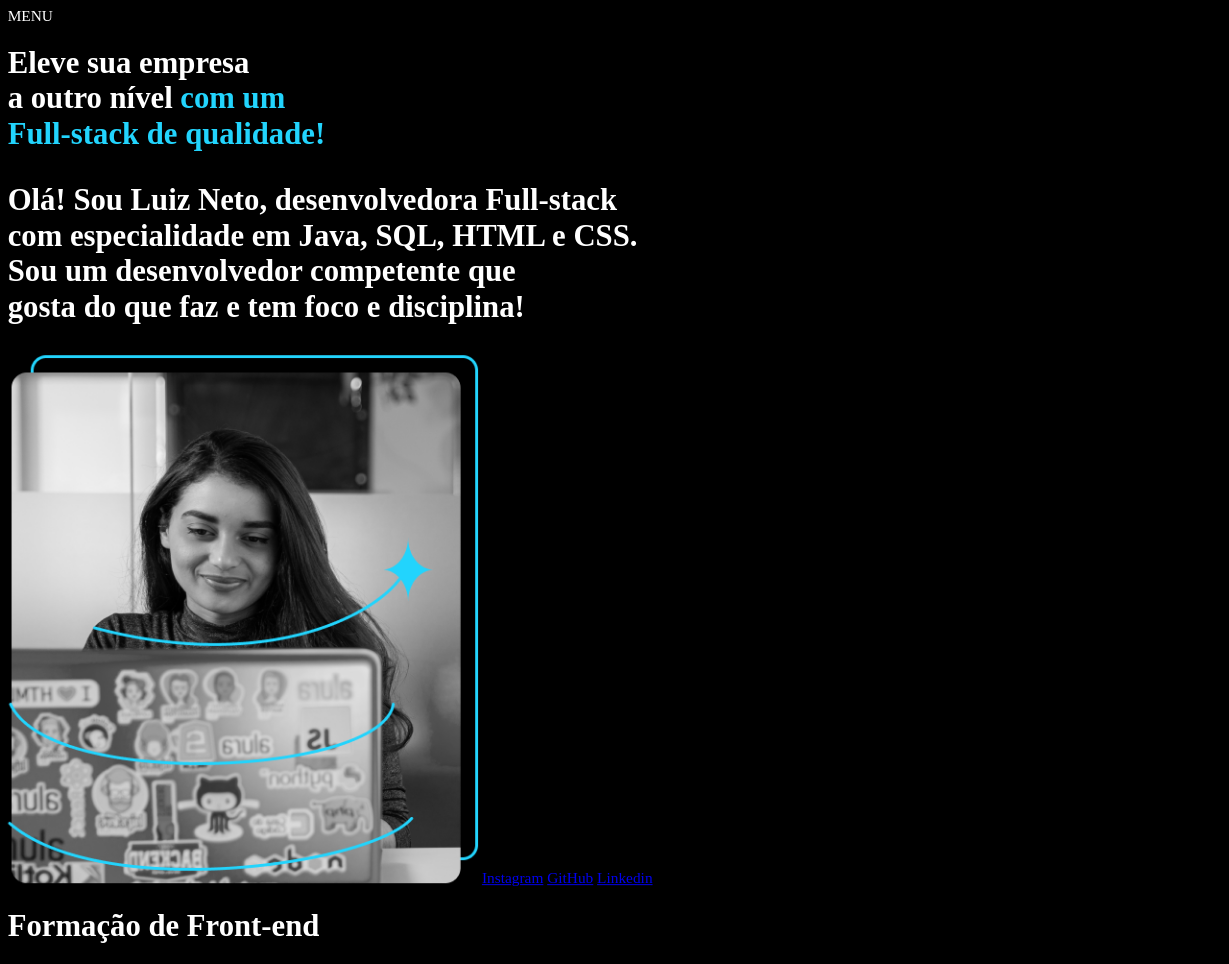
Repository: luiz123098/Sobre-mim-em-HTM-CSS
Page: htmlcss.html
These files come from the project's save history. The page is drawn as it stood at one moment and after the next save; the edit follows.
The browser window is 1280 px wide. The pictures show the whole page, at 96% of full size.

Above is the page before, as saved 2023-03-08 13:39:30.

### htmlcss.html
</html>
<!DOCTYPE html>
<html lang="pt-br">
<head>
    <meta charset="UTF-8">
    <meta http-equiv="X-UA-Compatible" content="IE=edge">
    <meta name="viewport" content="width=device-width, initial-scale=1.0">
    <title>Projeto Estudos</title>
    <link rel="stylesheet" href="style.Css">
</head>
<body>
    <header>MENU</header>
    <main>
        <h1 >
            Eleve sua empresa<br>
            a outro nível
            <strong
            class="texto_em_destaque">
            com um<br>Full-stack de qualidade!
            </strong>

            <p>
            Olá! Sou Luiz Neto, desenvolvedora Full-stack<br>
            com especialidade em Java, SQL, HTML e CSS.<br>
            Sou um desenvolvedor competente que<br>
            gosta do que faz e tem foco e disciplina!
            </p>

        </h1>
        <img src="Imagem.png" alt="Não foi possivel encontrar a imagem">

        <a href="https://www.instagram.com/luiz.alencar2/">
            Instagram</a>
        <a href="https://github.com/luiz123098">
            GitHub</a>
        <a href="https://www.linkedin.com/in/luiz-neto-alencar-b843651a9/">
            Linkedin</a>

            <h1>Formação de <span>Front-end</span></h1>

    </main>
    <footer>

    </footer>
</body>

### style.Css
body{
    background-color: black;
    color: white;
}

.texto_em_destaque{
    color: #22D4FD;
}

.texto_editado{
    font-weight: bold;
}

.formacao{
    color: #22D4FD;
    border: 1px solid #22D4FD;
    padding: 10px;
}

After the next save:
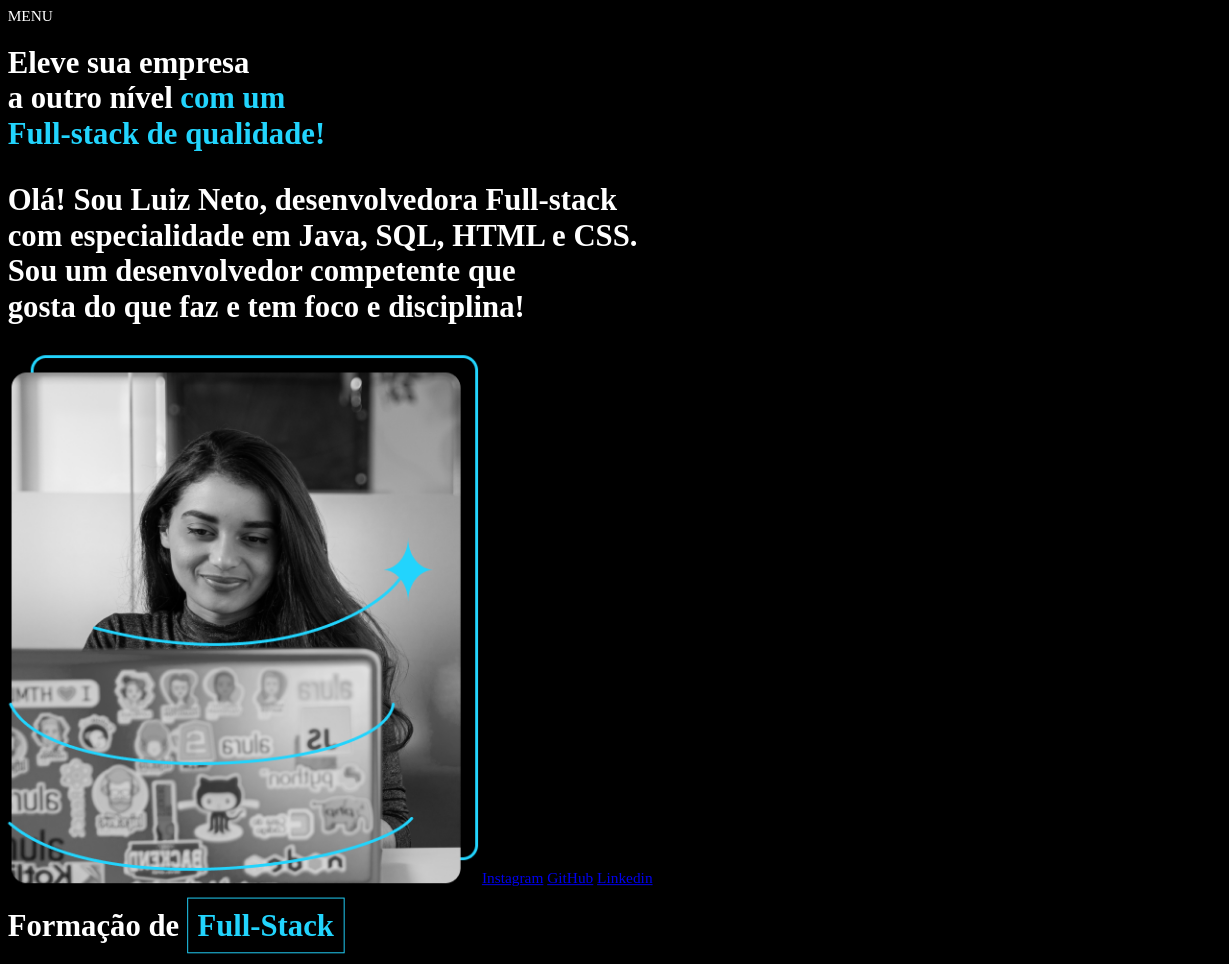
Saved 1 s later.
--- a/htmlcss.html
+++ b/htmlcss.html
@@ -36,7 +36,7 @@
         <a href="https://www.linkedin.com/in/luiz-neto-alencar-b843651a9/">
             Linkedin</a>
 
-            <h1>Formação de <span>Front-end</span></h1>
+            <h1 class="texto_editado">Formação de <span class="formacao">Full-Stack</span></h1>
 
     </main>
     <footer>
